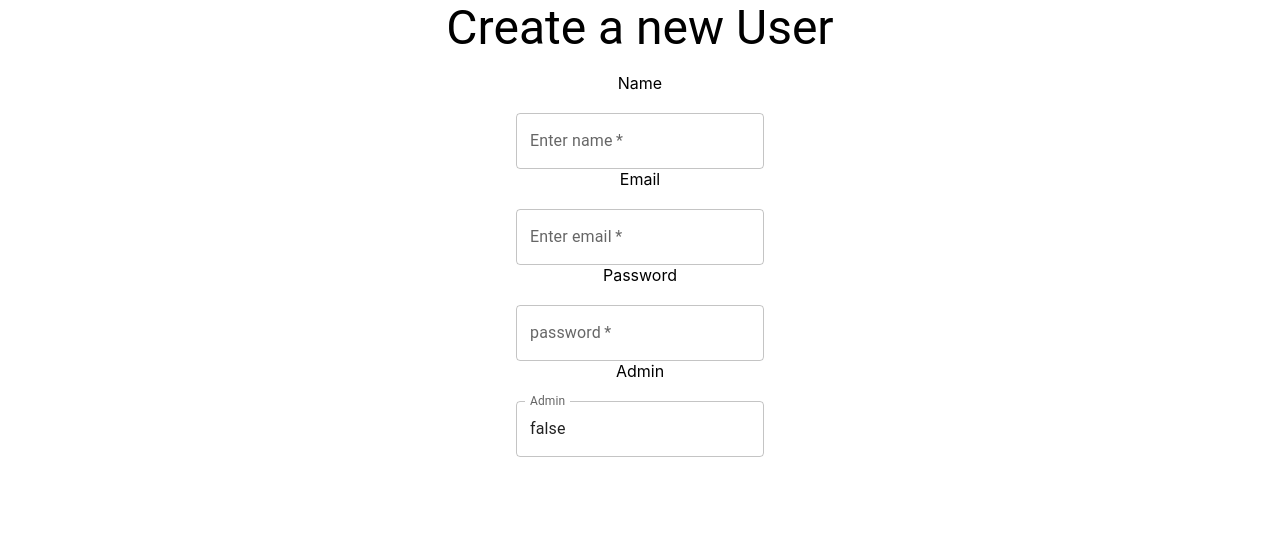
Repository: nj10deadend/RESTAPI-node-with-mongoDB
Page: / (app in client/frontend/)
The author's editor kept a copy of each file at every save. The page is drawn from the files as they stood at one save, then again after the next save.
The browser window is 1280 px wide. The pictures show the whole page.
The project was rebuilt for these pictures with package versions that can differ from the ones it lists, and the page was loaded fresh each time.

Above is the page before, as saved 2021-12-31 13:00:47.

### client/frontend/src/index.css
body {
  margin: 0;
  font-family: -apple-system, BlinkMacSystemFont, 'Segoe UI', 'Roboto', 'Oxygen',
    'Ubuntu', 'Cantarell', 'Fira Sans', 'Droid Sans', 'Helvetica Neue',
    sans-serif;
  -webkit-font-smoothing: antialiased;
  -moz-osx-font-smoothing: grayscale;
}

code {
  font-family: source-code-pro, Menlo, Monaco, Consolas, 'Courier New',
    monospace;
}

.signup {
  border-color: lightblue;
  /* border-style: outset; */
}

### client/frontend/src/App.js
import './App.css';
import { BrowserRouter } from 'react-router-dom';
import { Routes, Route } from 'react-router-dom';
import axios from 'axios';
import Signup from './components/Signup';

function App() {
  return (
    <div className="App">
      <BrowserRouter>
        <Routes>
          <Route path="*" element={<Signup />} />
        </Routes>

      </BrowserRouter>
    </div>
  );
}

export default App;

### client/frontend/src/components/Signup.js
import {useState} from 'react';
import Button from '@mui/material/Button';
// import SendIcon from '@mui/icons-material/Send';
import SendIcon from '@material-ui/icons/Send';
import TextField from '@mui/material/TextField';
import Typography from '@mui/material/Typography';
import Box from '@mui/material/Box';

function Signup () {

    const [name, setName] = useState("");
    const [email, setEmail] = useState("");
    const [password, setPassword] = useState("");
    const [admin, setAdmin] = useState(false);

    return (
        <Box className="signup">
            <Typography variant="h3" component="h2" gutterBottom>Create a new User</Typography>
            <form>
                <Box>
                    <label for="name">Name</label>
                    <br></br>
                    <br></br>
                    <TextField required id="outlined-basic1" label="Enter name"
                    variant="outlined"
                    onChange={(event) => {setName(event.target.value)}}
                    value = {name}
                    />

                </Box>
                <Box>
                    <label for="email">Email</label>
                    <br></br>
                    <br></br>
                    <TextField required id="outlined-basic2" label="Enter email"
                    variant="outlined"
                    onChange={(event) => {setEmail(event.target.value)}}
                    value = {email}
                    />

                </Box>
                <Box>
                    <label for="password">Password</label>
                    <br></br>
                    <br></br>
                    <TextField required id="outlined-password-input" label="password" type="password"
                    variant="outlined"
                    onChange={(event) => {setPassword(event.target.value)}}
                    value = {password}
                    />
                </Box>

                <Box>
                    <label for="admin">Admin</label>
                    <br></br>
                    <br></br>
                    <TextField id="outlined-read-only-input" label="Admin"
                    defaultValue= {false}
                    InputProps={{
                      readOnly: true,
                    }}
                    value = {admin}

                    />
                </Box>


            </form>

        </Box>
    )
}

export default Signup;

Loaded but not shown: client/frontend/public/index.html (common file); client/frontend/src/index.js (common file); client/frontend/src/reportWebVitals.js (common file); client/frontend/src/App.css (common file)

After the next save:
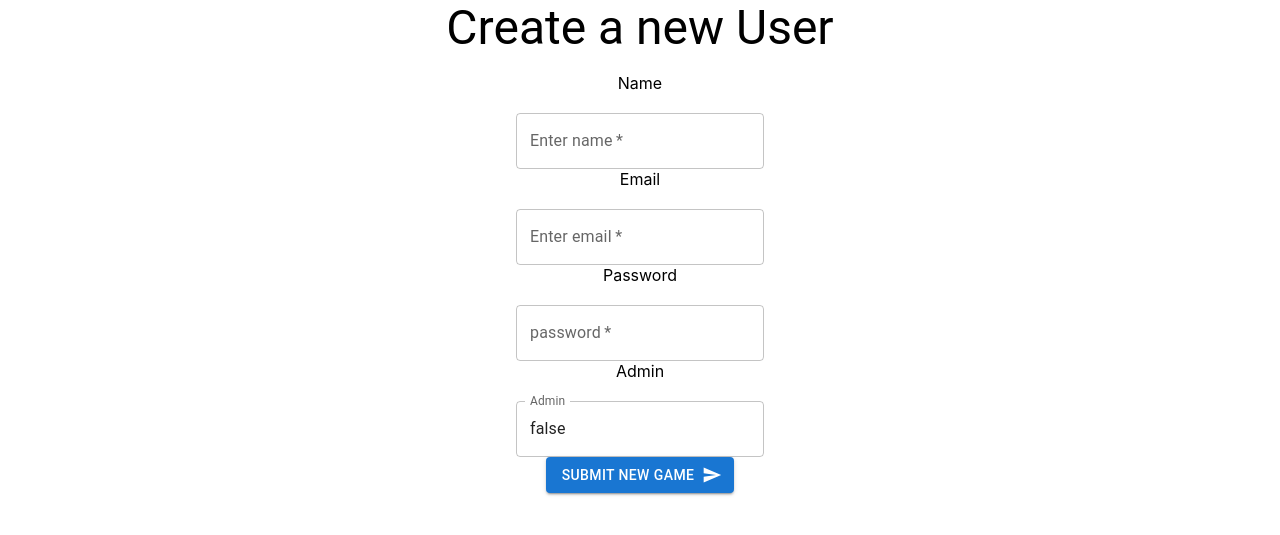
Saved 4 min 2 s later.
--- a/client/frontend/src/components/Signup.js
+++ b/client/frontend/src/components/Signup.js
@@ -5,6 +5,7 @@ import SendIcon from '@material-ui/icons/Send';
 import TextField from '@mui/material/TextField';
 import Typography from '@mui/material/Typography';
 import Box from '@mui/material/Box';
+import axios from 'axios';
 
 function Signup () {
 
@@ -12,6 +13,38 @@ function Signup () {
     const [email, setEmail] = useState("");
     const [password, setPassword] = useState("");
     const [admin, setAdmin] = useState(false);
+
+    function postRequest() {
+        return axios.post('http://localhost:8080/allGames', {
+            name: name,
+            img: img,
+            cross_platform: crossPlatform,
+            price: price,
+            genres: genres
+        })
+        .then(function (response) {
+            console.log(response);
+            return response.data;
+        })
+        .catch(function (error) {
+            console.log(error);
+            return null;
+        });
+    }
+
+    async function onSubmit(event) {
+        event.preventDefault();
+        setName("");
+        setImg("");
+        setCrossPlatform("");
+        setPrice("");
+        setGenres(["", "", ""]);
+        const newGame = await postRequest();
+        setGameData((oldInfo)=> {
+            // console.log(oldInfo)
+            return [...oldInfo, newGame]
+        })
+    }
 
     return (
         <Box className="signup">
@@ -60,11 +93,9 @@ function Signup () {
                       readOnly: true,
                     }}
                     value = {admin}
-
                     />
                 </Box>
-
-
+                <Button variant="contained" endIcon={<SendIcon />} type="submit">Submit new Game</Button>
             </form>
 
         </Box>
